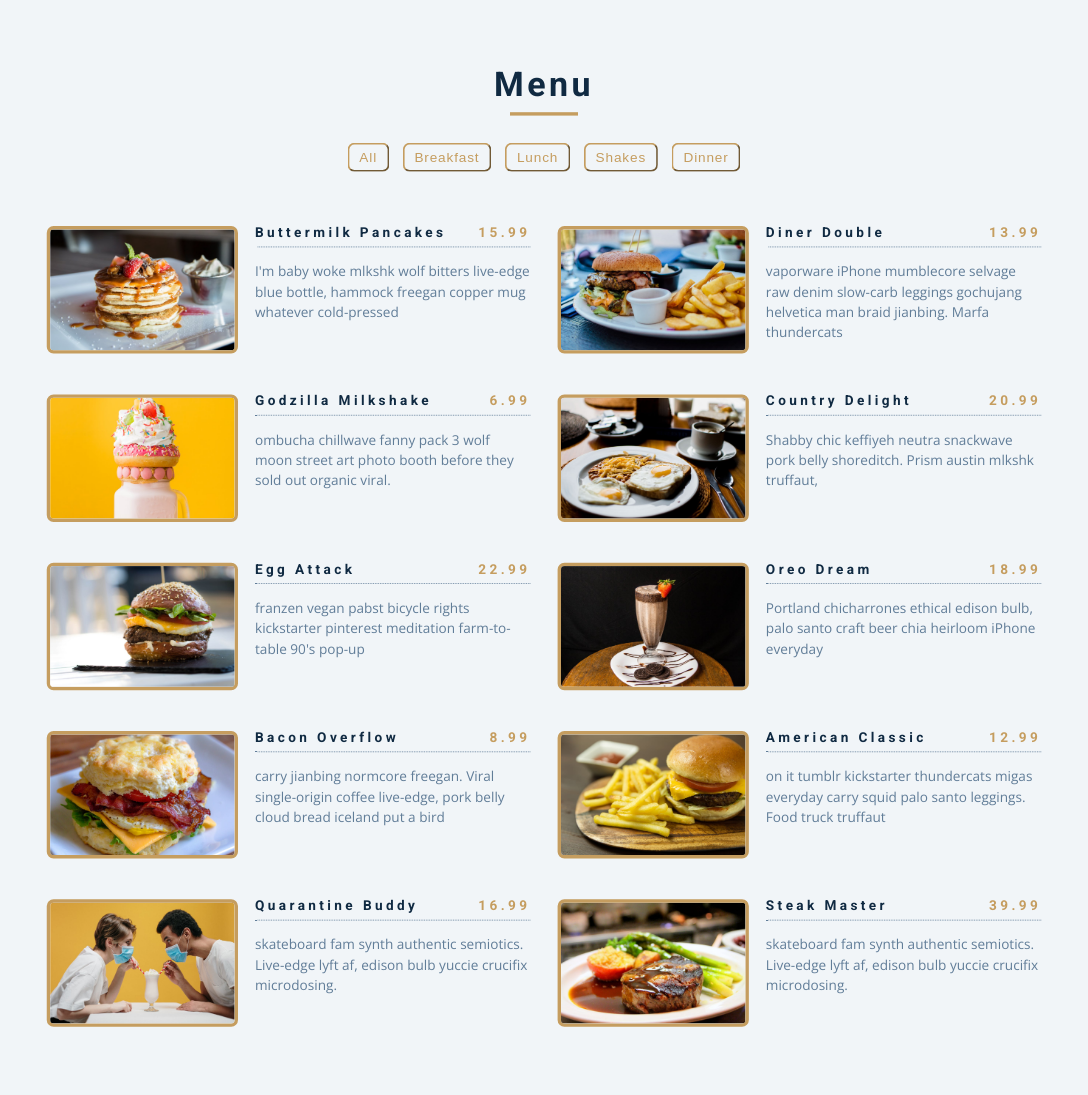
Repository: spidero7/Menu
Page: index.html
The author's editor kept a copy of each file at every save. The page is drawn from the files as they stood at one save, then again after a run of saves.
The browser window is 1280 px wide. The pictures show the whole page, at 85% of full size.
Some web libraries are served in a nearby version.

Above is the page before, as saved 2021-10-02 09:19:08.

### index.html
<!DOCTYPE html>
<html lang="en">
<head>
    <meta charset="UTF-8">
    <meta http-equiv="X-UA-Compatible" content="IE=edge">
    <meta name="viewport" content="width=device-width, initial-scale=1.0">
    <title>Menu</title>
    <link rel="stylesheet" href="style.css">
    <link
      rel="stylesheet"
      href="https://cdnjs.cloudflare.com/ajax/libs/font-awesome/5.14.0/css/all.min.css"
    />
</head>
<body>
    <section class="menu">
        <div class="title">
            <h2>Menu</h2>
            <div class="underline"></div>
        </div>
        <div class="btn-container">
            <!-- <button class="filter-btn" type="button" data-id="all">all</button>
            <button class="filter-btn" type="button" data-id="breakfast">breakfast</button>
            <button class="filter-btn" type="button" data-id="lunch">lunch</button>
            <button class="filter-btn" type="button" data-id="shakes">shakes</button> -->
        </div>
        <div class="section-center">
            <!-- <article class="menu-item">
                <img src="menu-item.jpeg" class="photo" alt="menu-item">
                <div class="item-info">
                    <header>
                        <h4>Buttermilk pancakes</h4>
                        <h4 class="price">$15</h4>
                    </header>
                    <p class="item-text">Lorem ipsum dolor sit amet consectetur adipisicing elit. Nisi dolorum quasi tempore rerum voluptatem harum ad quisquam provident, ducimus officiis asperiores. Aut, aliquid veniam tempora tempore quisquam atque. Saepe, suscipit!</p>
                </div>
            </article> -->
        </div>
    </section>
    <script src="app.js"></script>
</body>
</html>

### style.css
/*
===============
Fonts
===============
*/
@import url("https://fonts.googleapis.com/css?family=Open+Sans|Roboto:400,700&display=swap");

/*
===============
Variables
===============
*/

:root {
  /* dark shades of primary color*/
  --clr-primary-1: hsl(205, 86%, 17%);
  --clr-primary-2: hsl(205, 77%, 27%);
  --clr-primary-3: hsl(205, 72%, 37%);
  --clr-primary-4: hsl(205, 63%, 48%);
  /* primary/main color */
  --clr-primary-5: #49a6e9;
  /* lighter shades of primary color */
  --clr-primary-6: hsl(205, 89%, 70%);
  --clr-primary-7: hsl(205, 90%, 76%);
  --clr-primary-8: hsl(205, 86%, 81%);
  --clr-primary-9: hsl(205, 90%, 88%);
  --clr-primary-10: hsl(205, 100%, 96%);
  /* darkest grey - used for headings */
  --clr-grey-1: hsl(209, 61%, 16%);
  --clr-grey-2: hsl(211, 39%, 23%);
  --clr-grey-3: hsl(209, 34%, 30%);
  --clr-grey-4: hsl(209, 28%, 39%);
  /* grey used for paragraphs */
  --clr-grey-5: hsl(210, 22%, 49%);
  --clr-grey-6: hsl(209, 23%, 60%);
  --clr-grey-7: hsl(211, 27%, 70%);
  --clr-grey-8: hsl(210, 31%, 80%);
  --clr-grey-9: hsl(212, 33%, 89%);
  --clr-grey-10: hsl(210, 36%, 96%);
  --clr-white: #fff;
  --clr-red-dark: hsl(360, 67%, 44%);
  --clr-red-light: hsl(360, 71%, 66%);
  --clr-green-dark: hsl(125, 67%, 44%);
  --clr-green-light: hsl(125, 71%, 66%);
  --clr-gold: #c59d5f;
  --clr-black: #222;
  --ff-primary: "Roboto", sans-serif;
  --ff-secondary: "Open Sans", sans-serif;
  --transition: all 0.3s linear;
  --spacing: 0.25rem;
  --radius: 0.5rem;
  --light-shadow: 0 5px 15px rgba(0, 0, 0, 0.1);
  --dark-shadow: 0 5px 15px rgba(0, 0, 0, 0.2);
  --max-width: 1170px;
  --fixed-width: 620px;
}
/*
===============
Global Styles
===============
*/

*,
::after,
::before {
  margin: 0;
  padding: 0;
  box-sizing: border-box;
}
body {
  font-family: var(--ff-secondary);
  background: var(--clr-grey-10);
  color: var(--clr-grey-1);
  line-height: 1.5;
  font-size: 0.875rem;
}
ul {
  list-style-type: none;
}
a {
  text-decoration: none;
}
img:not(.logo) {
  width: 100%;
}
img {
  display: block;
}

h1,
h2,
h3,
h4 {
  letter-spacing: var(--spacing);
  text-transform: capitalize;
  line-height: 1.25;
  margin-bottom: 0.75rem;
  font-family: var(--ff-primary);
}
h1 {
  font-size: 3rem;
}
h2 {
  font-size: 2rem;
}
h3 {
  font-size: 1.25rem;
}
h4 {
  font-size: 0.875rem;
}
p {
  margin-bottom: 1.25rem;
  color: var(--clr-grey-5);
}
@media screen and (min-width: 800px) {
  h1 {
    font-size: 4rem;
  }
  h2 {
    font-size: 2.5rem;
  }
  h3 {
    font-size: 1.75rem;
  }
  h4 {
    font-size: 1rem;
  }
  body {
    font-size: 1rem;
  }
  h1,
  h2,
  h3,
  h4 {
    line-height: 1;
  }
}
/*  global classes */

.btn {
  text-transform: uppercase;
  background: transparent;
  color: var(--clr-black);
  padding: 0.375rem 0.75rem;
  letter-spacing: var(--spacing);
  display: inline-block;
  transition: var(--transition);
  font-size: 0.875rem;
  border: 2px solid var(--clr-black);
  cursor: pointer;
  box-shadow: 0 1px 3px rgba(0, 0, 0, 0.2);
  border-radius: var(--radius);
}
.btn:hover {
  color: var(--clr-white);
  background: var(--clr-black);
}
/* section */
.section {
  padding: 5rem 0;
}

main {
  min-height: 100vh;
  display: grid;
  place-items: center;
}
/*
===============
Menu
===============
*/

.menu {
  padding: 5rem 0;
}
.title {
  text-align: center;
  margin-bottom: 2rem;
}
.underline {
  width: 5rem;
  height: 0.25rem;
  background: var(--clr-gold);
  margin-left: auto;
  margin-right: auto;
}
.btn-container {
  margin-bottom: 4rem;
  display: flex;
  justify-content: center;
}
.filter-btn {
  background: transparent;
  border-color: var(--clr-gold);
  font-size: 1rem;
  text-transform: capitalize;
  margin: 0 0.5rem;
  letter-spacing: 1px;
  border-radius: var(--radius);
  padding: 0.375rem 0.75rem;
  color: var(--clr-gold);
  cursor: pointer;
  transition: var(--transition);
}
.filter-btn:hover {
  background: var(--clr-gold);
  color: var(--clr-white);
}
.section-center {
  width: 90vw;
  margin: 0 auto;
  max-width: 1170px;
  display: grid;
  gap: 3rem 2rem;
  justify-items: center;
}
.menu-item {
  display: grid;
  gap: 1rem 2rem;
  max-width: 25rem;
}
.photo {
  object-fit: cover;
  height: 200px;
  border: 0.25rem solid var(--clr-gold);
  border-radius: var(--radius);
}
.item-info header {
  display: flex;
  justify-content: space-between;
  border-bottom: 0.5px dotted var(--clr-grey-5);
}
.item-info h4 {
  margin-bottom: 0.5rem;
}
.price {
  color: var(--clr-gold);
}
.item-text {
  margin-bottom: 0;
  padding-top: 1rem;
}

@media screen and (min-width: 768px) {
  .menu-item {
    grid-template-columns: 225px 1fr;
    gap: 0 1.25rem;
    max-width: 40rem;
  }
  .photo {
    height: 175px;
  }
}
@media screen and (min-width: 1200px) {
  .section-center {
    width: 95vw;
    grid-template-columns: 1fr 1fr;
  }
  .photo {
    height: 150px;
  }
}

### app.js
// items
const menu = [
  {
    id: 1,
    title: "buttermilk pancakes",
    category: "breakfast",
    price: 15.99,
    img: "./images/item-1.jpeg",
    desc: `I'm baby woke mlkshk wolf bitters live-edge blue bottle, hammock freegan copper mug whatever cold-pressed `,
  },
  {
    id: 2,
    title: "diner double",
    category: "lunch",
    price: 13.99,
    img: "./images/item-2.jpeg",
    desc: `vaporware iPhone mumblecore selvage raw denim slow-carb leggings gochujang helvetica man braid jianbing. Marfa thundercats `,
  },
  {
    id: 3,
    title: "godzilla milkshake",
    category: "shakes",
    price: 6.99,
    img: "./images/item-3.jpeg",
    desc: `ombucha chillwave fanny pack 3 wolf moon street art photo booth before they sold out organic viral.`,
  },
  {
    id: 4,
    title: "country delight",
    category: "breakfast",
    price: 20.99,
    img: "./images/item-4.jpeg",
    desc: `Shabby chic keffiyeh neutra snackwave pork belly shoreditch. Prism austin mlkshk truffaut, `,
  },
  {
    id: 5,
    title: "egg attack",
    category: "lunch",
    price: 22.99,
    img: "./images/item-5.jpeg",
    desc: `franzen vegan pabst bicycle rights kickstarter pinterest meditation farm-to-table 90's pop-up `,
  },
  {
    id: 6,
    title: "oreo dream",
    category: "shakes",
    price: 18.99,
    img: "./images/item-6.jpeg",
    desc: `Portland chicharrones ethical edison bulb, palo santo craft beer chia heirloom iPhone everyday`,
  },
  {
    id: 7,
    title: "bacon overflow",
    category: "breakfast",
    price: 8.99,
    img: "./images/item-7.jpeg",
    desc: `carry jianbing normcore freegan. Viral single-origin coffee live-edge, pork belly cloud bread iceland put a bird `,
  },
  {
    id: 8,
    title: "american classic",
    category: "lunch",
    price: 12.99,
    img: "./images/item-8.jpeg",
    desc: `on it tumblr kickstarter thundercats migas everyday carry squid palo santo leggings. Food truck truffaut  `,
  },
  {
    id: 9,
    title: "quarantine buddy",
    category: "shakes",
    price: 16.99,
    img: "./images/item-9.jpeg",
    desc: `skateboard fam synth authentic semiotics. Live-edge lyft af, edison bulb yuccie crucifix microdosing.`,
  },
  {
    id: 10,
    title: "steak master",
    category: "dinner",
    price: 39.99,
    img: "./images/item-10.jpeg",
    desc: `skateboard fam synth authentic semiotics. Live-edge lyft af, edison bulb yuccie crucifix microdosing.`,
  },
];


const sectionCenter = document.querySelector('.section-center');
const buttonContainer = document.querySelector('.btn-container');


// load items
window.addEventListener("DOMContentLoaded", function () {
 displayMenuItems(menu);

 // dinamic filter buttons
 // unique buttons
 const categories = menu.reduce(function(values, item){
   //console.log(values)
   if (!values.includes(item.category)) {
     values.push(item.category);
   }
   return values;
 },['all']);
 //console.log(categories)
const categoryButtons = categories.map(category => {
  return `<button class="filter-btn" type="button"
  data-id=${category}>${category}</button>`
}).join("");
//console.log(categoryButtons);
  buttonContainer.innerHTML = categoryButtons;
  const filterButtons =
  document.querySelectorAll('.filter-btn');

  // filter items
filterButtons.forEach(button => {
  button.addEventListener('click', function(e) {
    const category = e.currentTarget.dataset.id;
    const menuCategory = menu.filter(menuItem => {
      //console.log(menuItem.category)
      if (menuItem.category === category) {
        return menuItem;
      }
    });
    //console.log(menuCategory);
    if (category === 'all') {
      displayMenuItems(menu)
    } else {
      displayMenuItems(menuCategory)
    }
  });
})
});

function displayMenuItems(menuItems) {
  let displayMenu = menuItems.map(function (item) {
    return `<article class="menu-item">
    <img src=${item.img} class="photo" alt=${item.title}>
    <div class="item-info">
        <header>
            <h4>${item.title}</h4>
            <h4 class="price">${item.price}</h4>
        </header>
        <p class="item-text">${item.desc}</p>
    </div>
</article>`;
  });
  displayMenu = displayMenu.join("");
  sectionCenter.innerHTML = displayMenu
}

After the next 3 saves:
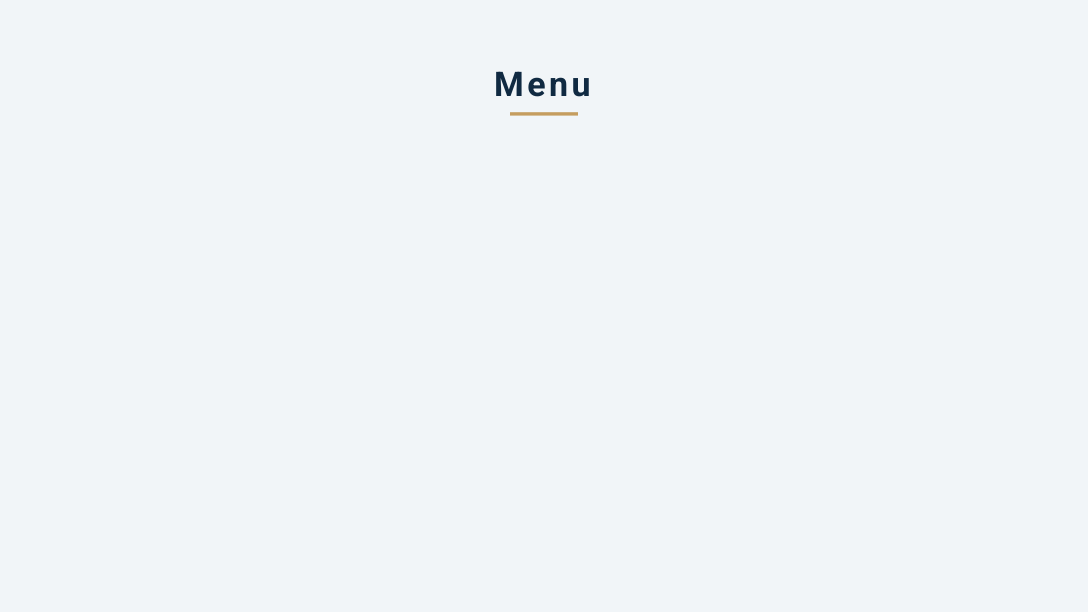
Console error: SyntaxError: Unexpected end of input
The 3 saves are shown as one change because they came seconds apart.
The last was saved 4 min 24 s later.
--- a/app.js
+++ b/app.js
@@ -146,3 +146,5 @@ function displayMenuItems(menuItems) {
   displayMenu = displayMenu.join("");
   sectionCenter.innerHTML = displayMenu
 }
+
+function display

After the save that followed:
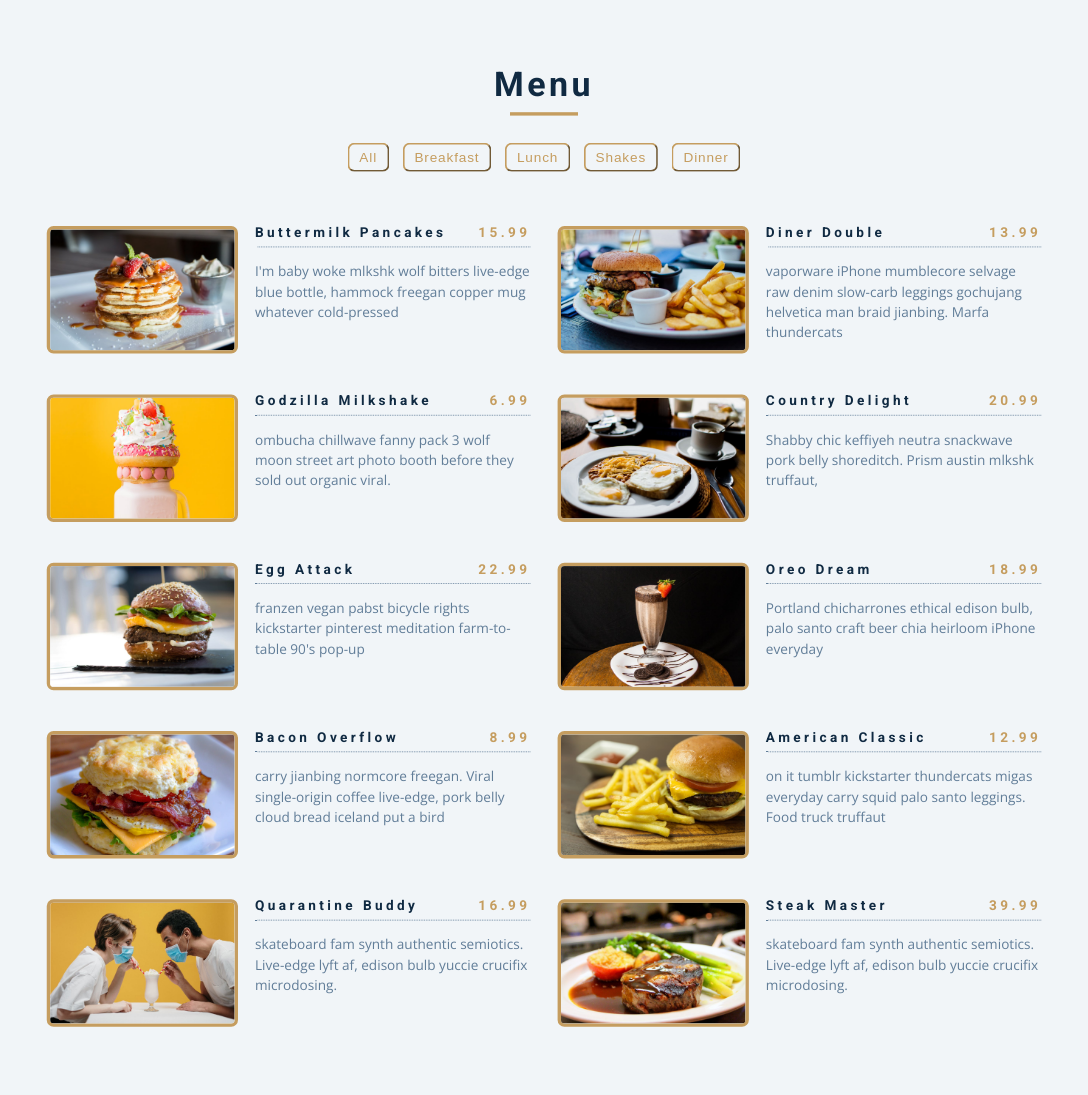
The error is gone.
Saved 11 s later.
--- a/app.js
+++ b/app.js
@@ -147,4 +147,6 @@ function displayMenuItems(menuItems) {
   sectionCenter.innerHTML = displayMenu
 }
 
-function display
+function displayMenuButtons() {
+
+}
